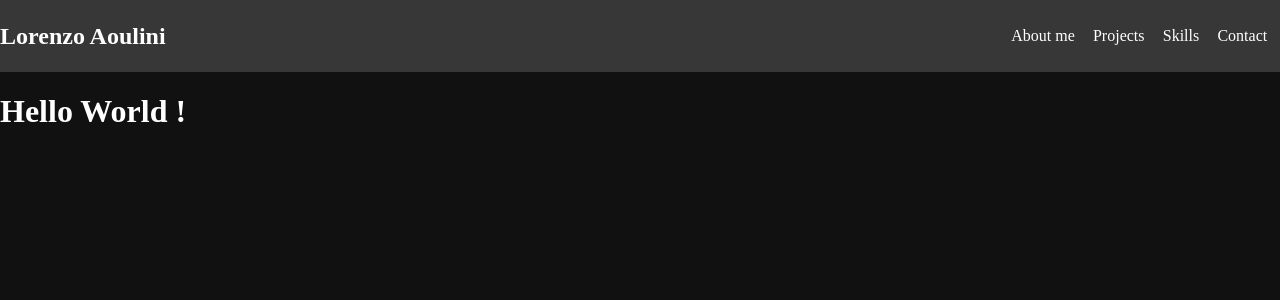
Repository: lolo298/lolo298.github.io
Page: index.html
The author's editor kept a copy of each file at every save. The page is drawn from the files as they stood at one save, then again after the next save.
The browser window is 1280 px wide. The pictures show the whole page.

Above is the page before, as saved 2022-05-09 16:58:58.

### index.html
<!DOCTYPE html>
<html lang="en">

<head>
    <meta charset="UTF-8">
    <meta http-equiv="X-UA-Compatible" content="IE=edge">
    <meta name="viewport" content="width=device-width, initial-scale=1.0">
    <link rel="stylesheet" href="css/style.css">
    <title>Portfolio</title>
</head>

<body>
    <div class="main-container">
        <nav class="main-navbar">
            <h1>Lorenzo Aoulini</h1>
            <ul class="main-navbar-list">
                <li class="main-navbar-item">
                    <a href="#">About me</a>
                </li>
                <li class="main-navbar-item">
                    <a href="#">Projects</a>
                </li>
                <li class="main-navbar-item">
                    <a href="#">Skills</a>
                </li>
                <li class="main-navbar-item">
                    <a href="#">Contact</a>
                </li>
        </nav>
        <h1>Hello World !</h1>

    </div>

</body>

</html>

### css/style.css
html {
    background-color: #111111;
}

body {
    padding: 0;
    margin: 0;
}

.main-container {
    color: white;
    height: 100vh;
    width: 100vw;
}

.main-navbar {
    background-color: #373737;
    height: 10%;
    display: flex;
    justify-content: space-between;
    align-items: center;
}

.main-navbar>* {
    margin: 0;
}

.main-navbar-list {
    width: 20%;
    display: flex;
    flex-direction: row;
    align-items: center;
    list-style: none;
    justify-content: space-between;
    margin-right: 1%;
    height: 100%;
}

.main-navbar-item {
    height: 100%;
    display: flex;
    justify-content: center;
    align-items: center;
}

.main-navbar-item>a {
    text-decoration: none;
    color: white;
}

.main-navbar-item>a:hover {
    background-color: #6A6A6A;
}

After the next save:
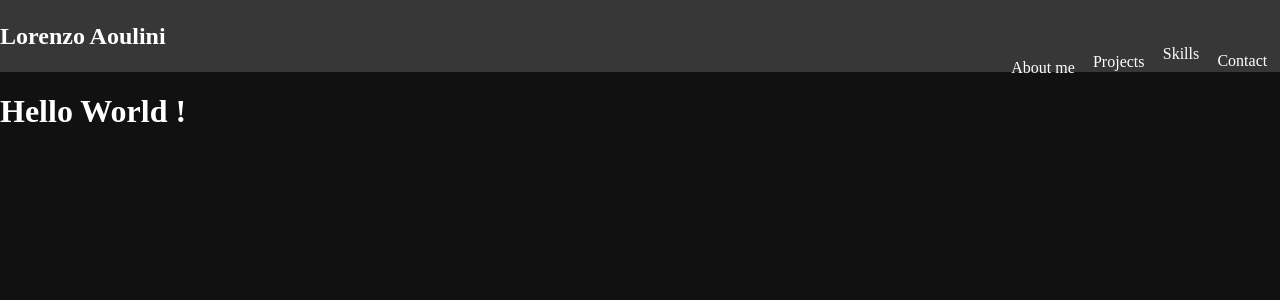
Saved 28 s later.
--- a/css/style.css
+++ b/css/style.css
@@ -46,6 +46,7 @@ body {
 .main-navbar-item>a {
     text-decoration: none;
     color: white;
+    padding-top: 100%;
 }
 
 .main-navbar-item>a:hover {

After the save that followed:
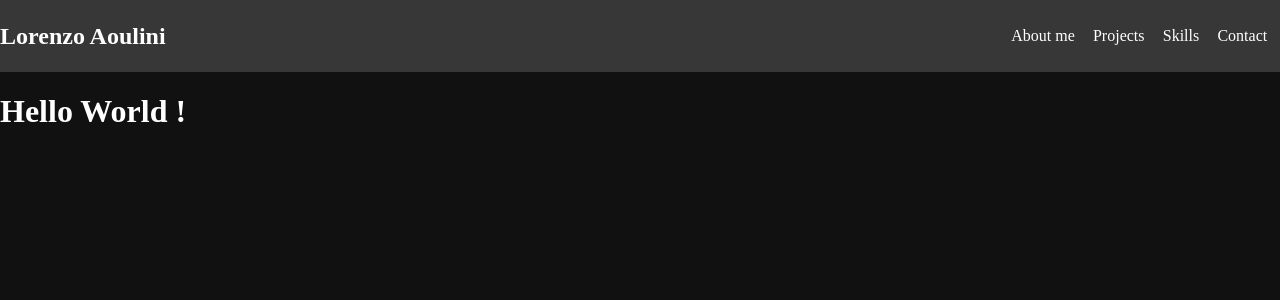
Saved 7 s later.
--- a/css/style.css
+++ b/css/style.css
@@ -47,6 +47,7 @@ body {
     text-decoration: none;
     color: white;
     padding-top: 100%;
+    padding-bottom: 100%;
 }
 
 .main-navbar-item>a:hover {
